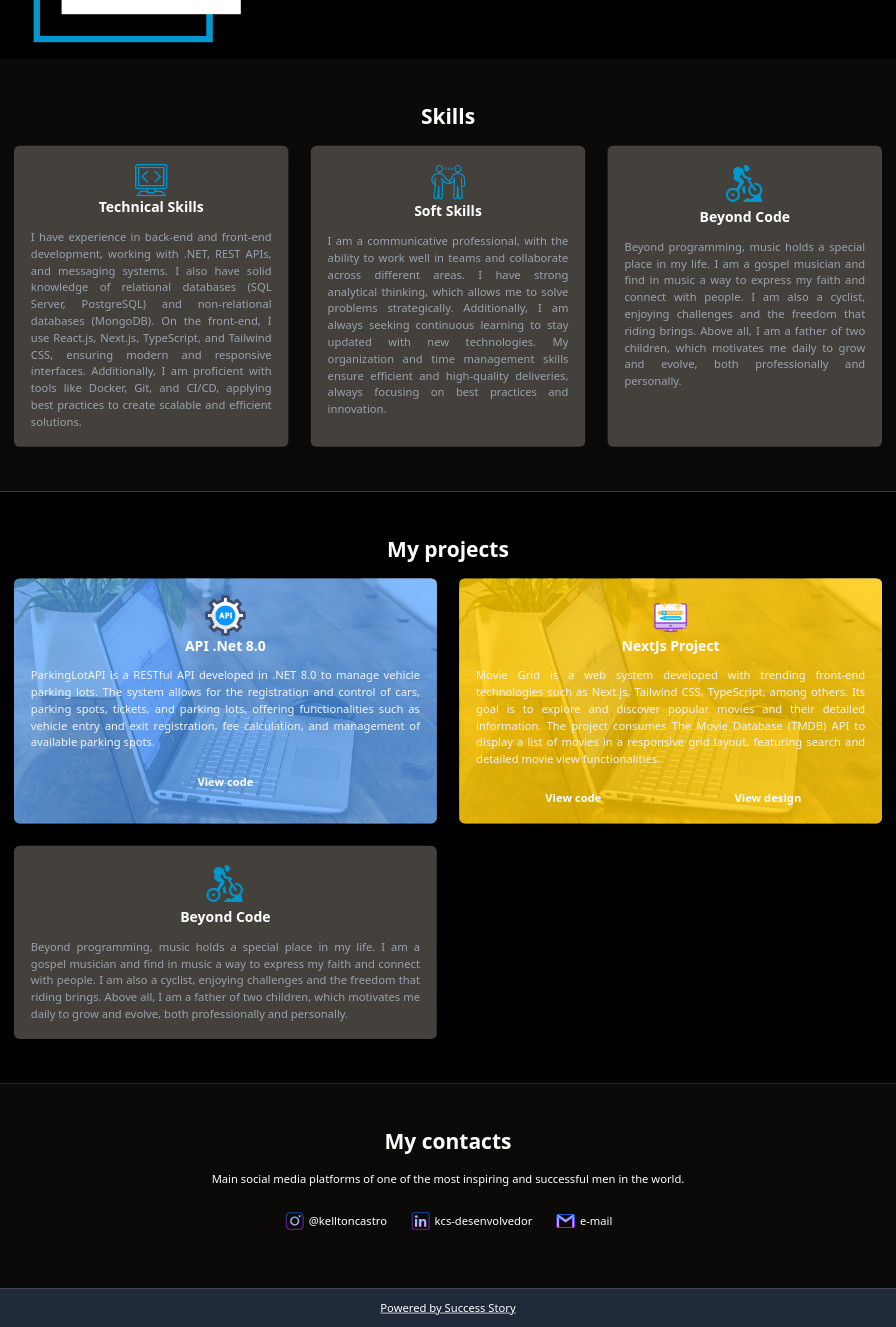
Repository: kcsdesenvolvedor/portfolio
Page: src/index.html
The author's editor kept a copy of each file at every save. The page is drawn from the files as they stood at one save, then again after the next save.
The browser window is 1280 px wide. The pictures show the part of the page from y = 886 to 2806 px (the page is 2782 px tall before and 2806 px after), at 70% of full size.

Above is the page before, as saved 2025-03-23 16:21:16.
Console error: TypeError: Cannot read properties of null (reading 'textContent')

After the next save:
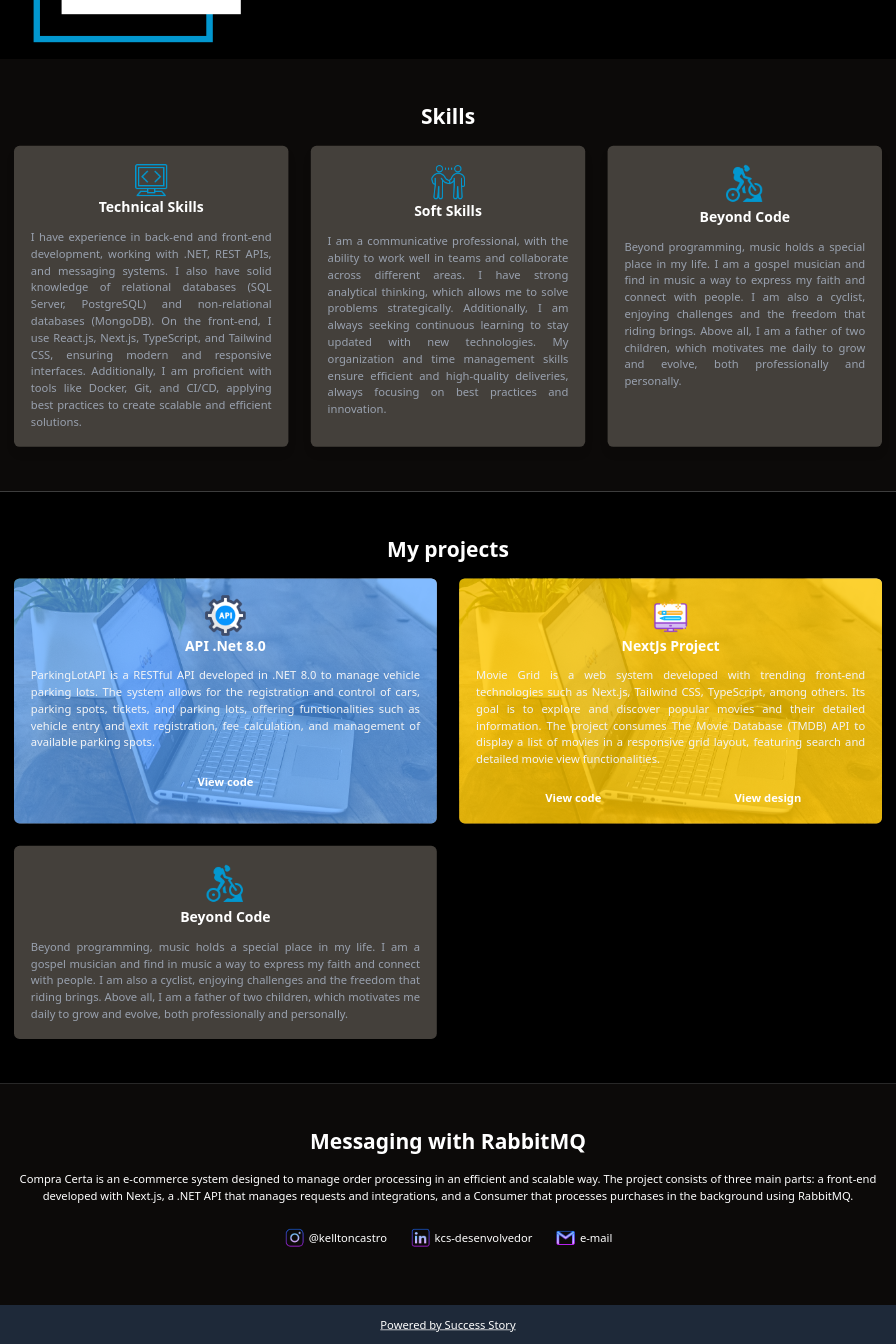
Saved 5 min 26 s later.
--- a/src/index.html
+++ b/src/index.html
@@ -245,8 +245,8 @@
     <!-- Contato -->
     <section id="contact" class="py-16 bg-stone-950 text-white text-center fade-in">
         <div class="container mx-auto px-2">
-            <h3 class="text-3xl font-bold mb-6">My contacts</h3>
-            <p class="mb-8">Main social media platforms of one of the most inspiring and successful men in the world.</p>
+            <h3 class="text-3xl font-bold mb-6">Messaging with RabbitMQ</h3>
+            <p class="mb-8">Compra Certa is an e-commerce system designed to manage order processing in an efficient and scalable way. The project consists of three main parts: a front-end developed with Next.js, a .NET API that manages requests and integrations, and a Consumer that processes purchases in the background using RabbitMQ.</p>
             <form class="max-w-lg mx-auto">
                 <div class="flex flex-col justify-center lg:flex-row mb-4 gap-8">
                     <a href="https://www.cityfootballgroup.com/" target="_blank">
